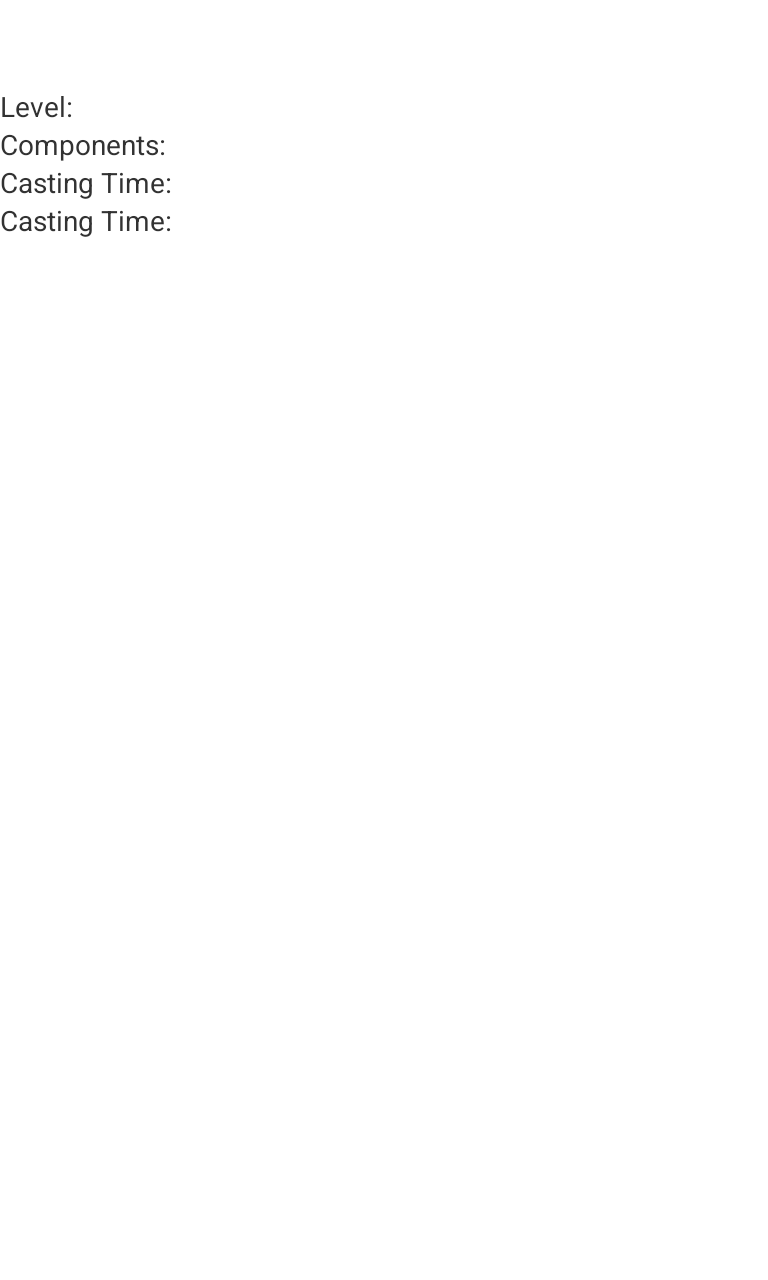
Repository: Rizsti/BrawnyKoala
Layout: 2.2/res/layout/dialogue_spell_details.xml
The author's editor kept a copy of each file at every save. The layout is drawn from the files as they stood at one save, then again after the next save.
It is drawn on a 768 x 1280 px phone screen (xhdpi) without system bars, with theme AppTheme; the app's code is not run.

Above is the layout before, as saved 2013-06-09 04:33:23.

After the next save:
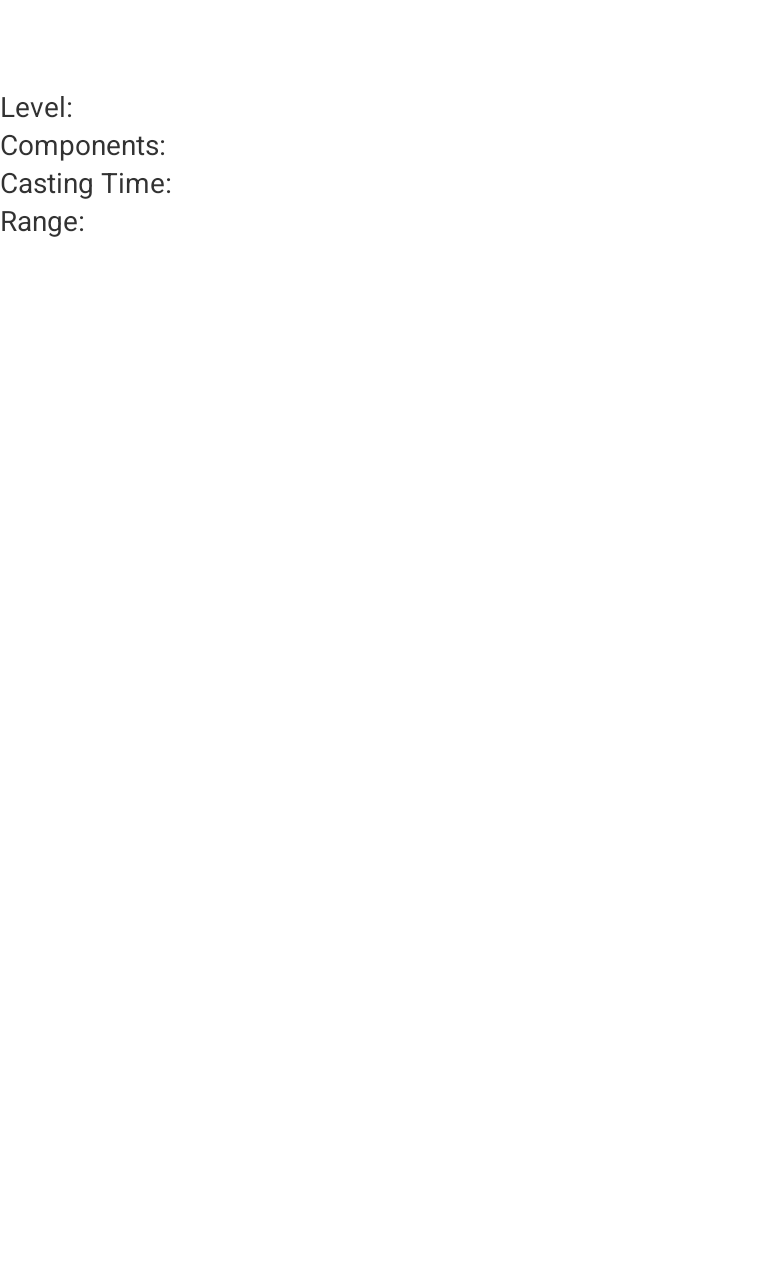
Saved 9 s later.
--- a/2.2/res/layout/dialogue_spell_details.xml
+++ b/2.2/res/layout/dialogue_spell_details.xml
@@ -77,10 +77,10 @@
     	<TextView
         	android:layout_width="wrap_content"
         	android:layout_height="wrap_content"
-       		android:text="@string/SpellCastTime" />
+       		android:text="@string/SpellRange" />
 
 	    <TextView
-	        android:id="@+id/spellCastTime"
+	        android:id="@+id/spellRange"
 	        android:layout_width="wrap_content"
 	        android:layout_height="wrap_content"
 	        />
